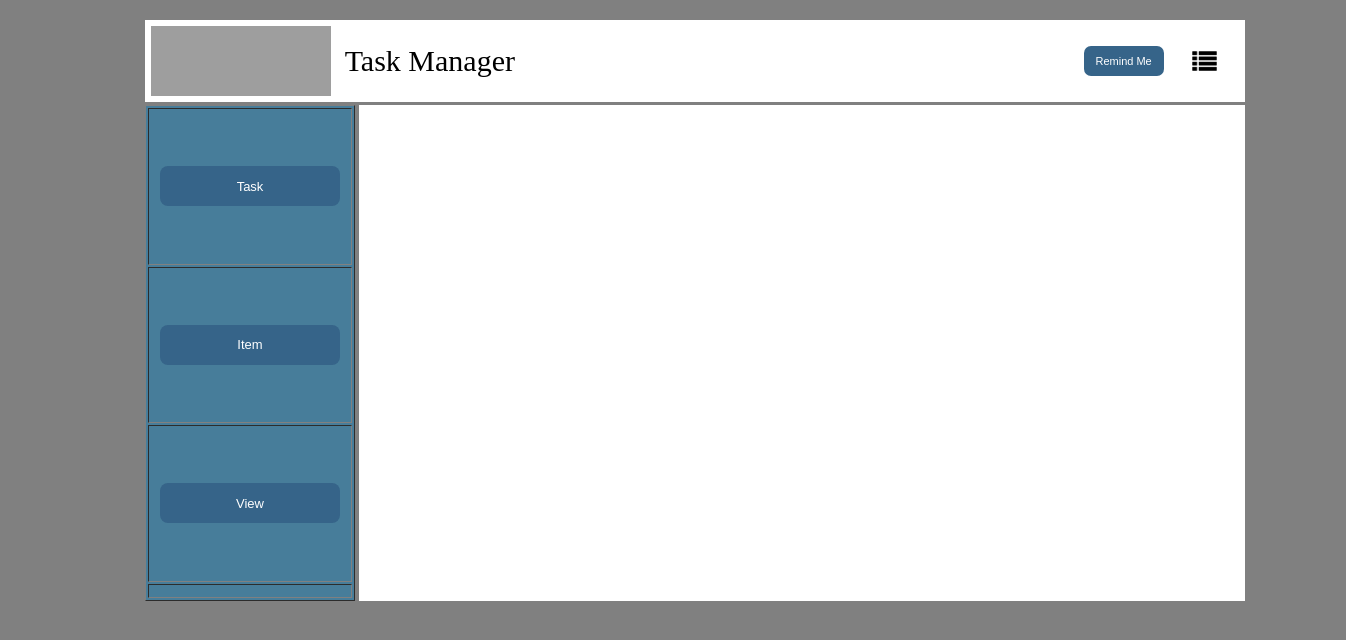
Repository: SnehaSalvi/TaskManagerProject
Page: http://localhost/TaskManagerChecklist/Home.jsp
An editor plug-in stored every save of this project. The page is shown before and after the next save, followed by the edit.
The browser window is 1280 px wide. The page is 1280 px wide, then 1346 px, so the pictures cover 1346 px, including what lies to the right of the window. The pictures show the whole page.
Pictures or frames that could not be fetched are drawn as grey boxes. The page is served by Tomcat 9. Other server files are loaded and not shown.

Above is the page before, as saved 2016-10-13 11:23:38.

### TaskManagerChecklist/WebContent/Home.jsp
<%@ page language="java" contentType="text/html; charset=ISO-8859-1" pageEncoding="ISO-8859-1"%>
<!DOCTYPE html PUBLIC "-//W3C//DTD HTML 4.01 Transitional//EN" "http://www.w3.org/TR/html4/loose.dtd">
<html>
<head>
<meta http-equiv="Content-Type" content="text/html; charset=ISO-8859-1">
<title>Insert title here</title>
<link href="home.css" type="text/css" rel="stylesheet"/>
</head>
<body>
<form>
	<table id="table1">
		<tr>
			<td id="td1">
				<img id="banner" src="images/banner.jpg"/>
			</td>
			<td id="td_blank">
			</td>
			<td id="td2">
				Task Manager
			</td>
			<td id="td3" align="center">
				<input type="button" name="remind" id="button1" value="Remind Me"/>
			</td>
			<td id="td4" align="center">
				<img id="list" src="images/list.png"/>
			</td>
		</tr>
	</table>
	<table></table>
	<table>
		<tr>
			<td>
				<table id="table2" border="1">
					<tr>
						<td id="#td5" align="center">
							<input type="button" name="task" id="button2" value="Task"/>
						</td>
					</tr>
					<tr>
						<td align="center">
							<input type="button" name="item" id="button2" value="Item"/>
						</td>
					</tr>
					<tr>
						<td align="center">
							<input type="button" name="view" id="button2" value="View"/>
						</td>
					</tr>
					<tr>
						<td rowspan="7" align="center">
						</td>
					</tr>
				</table>
			</td>
			<td>
				<table id="table3">
					<tr>
						<td id="#td6">
						</td>
					</tr>
				</table>
			</td>
		</tr>
	</table>
</form>
<!--<form action="Hello">
Name:<input type="text" name="user"/>
<input type="submit" value="go"/>
</form>-->
</body>
</html>

### TaskManagerChecklist/WebContent/home.css
body
{
	background-position: center;
	background-color:gray;
	margin-left: 140px;
	margin-top: 20px;
	margin-right: 120px;
	margin-bottom: 20px;
	background-repeat: no-repeat;
}
#table1
{
	margin-left:5px;
	background-color:white;
	background-position: center;
	height: 76px;
	width:1100px;

}
#table2
{
	margin-left:2px;
	background-color:#477d9a;
	background-position: center;
	height: 496px;
	width:210px;


}
#table3
{
	background-color:white;
	background-position: center;
	height: 496px;
	width:886px;

}
#table4
{

	background-position: center;
	height: 497px;
	width:1100px;
}
#table5
{
	width:200px;
}
img
{
	border-style:double;
	border-color: white;
}
tr
{

}
#div1
{
	width: 600px;
	height: 400px;
}
#td1
{
	width:185px;
	height:75px;
	background-color:
}
#td2
{
	width:735px;
	height:75px;
	font-family: serif;
	font-size: 30px;
	font-style: inherit;

}
#td3
{
	width:80px;
	height:75px;
}
#td4
{
	width:30x;
	height:75px;
}
#td_blank
{
	width:100x;
	height:75px;
}

#td6
{
	width:1050x;
	height:495px;


}
#banner
{

	width: 180px;
	height: 70px;
}
#list
{

	width: 25px;
	height: 20px;
}
#button1
{
    height: 30px;
    width: 80px;
    border-radius: 7px;
    border: 1px solid #000;
    font-family: sans-serif;
    background-color:#366489;
    color:white;
    font-size: 11px;
    border: 0;
}
#button2
{
    height: 40px;
    width: 180px;
    border-radius: 8px;
    border: 1px solid #000;
    font-family:sans-serif;
    font-size: 13px;
   background-color:#366489;
   color:white;
    border: 0;
}
#div3
{
	width: 510px;
	height: 350px;
}

After the next save:
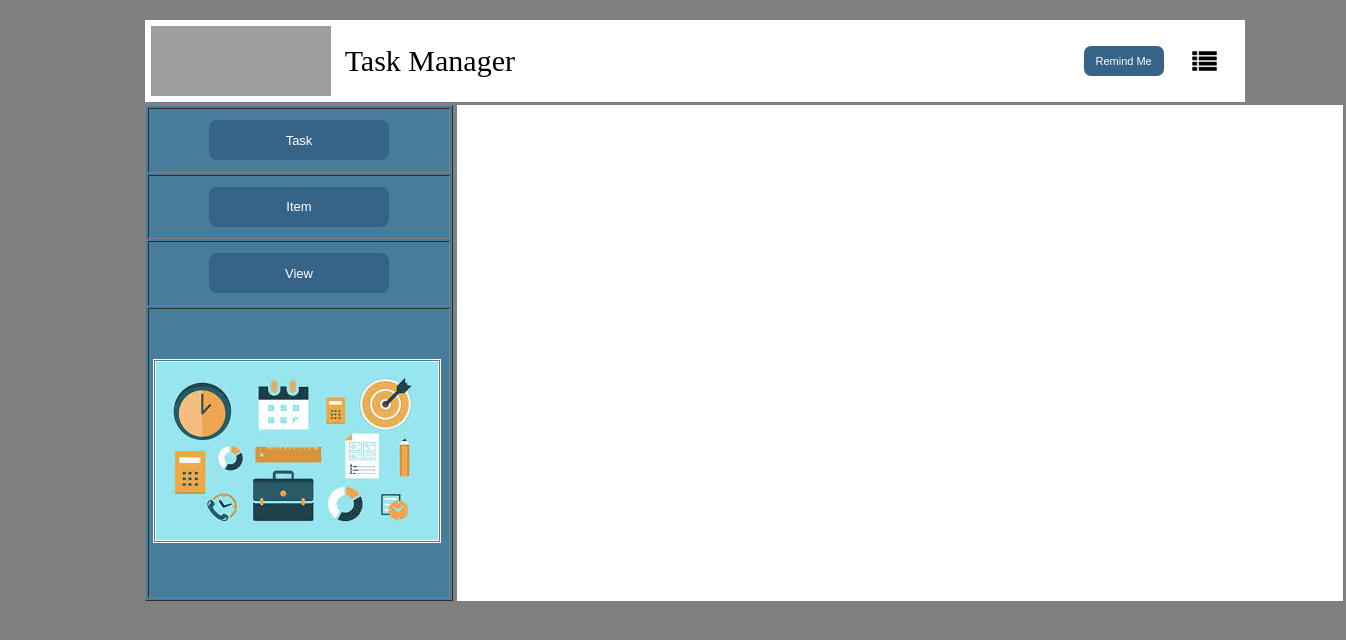
Saved 2 min 12 s later.
--- a/TaskManagerChecklist/WebContent/Home.jsp
+++ b/TaskManagerChecklist/WebContent/Home.jsp
@@ -48,6 +48,21 @@
 					</tr>
 					<tr>
 						<td rowspan="7" align="center">
+							<table>
+								<tr>
+									<td>
+										<img src="images/menu.jpg"/>
+									</td>
+									<td>
+									</td>
+								</tr>
+								<tr>
+									<td>
+									</td>
+									<td>
+									</td>
+								</tr>
+							</table>
 						</td>
 					</tr>
 				</table>
